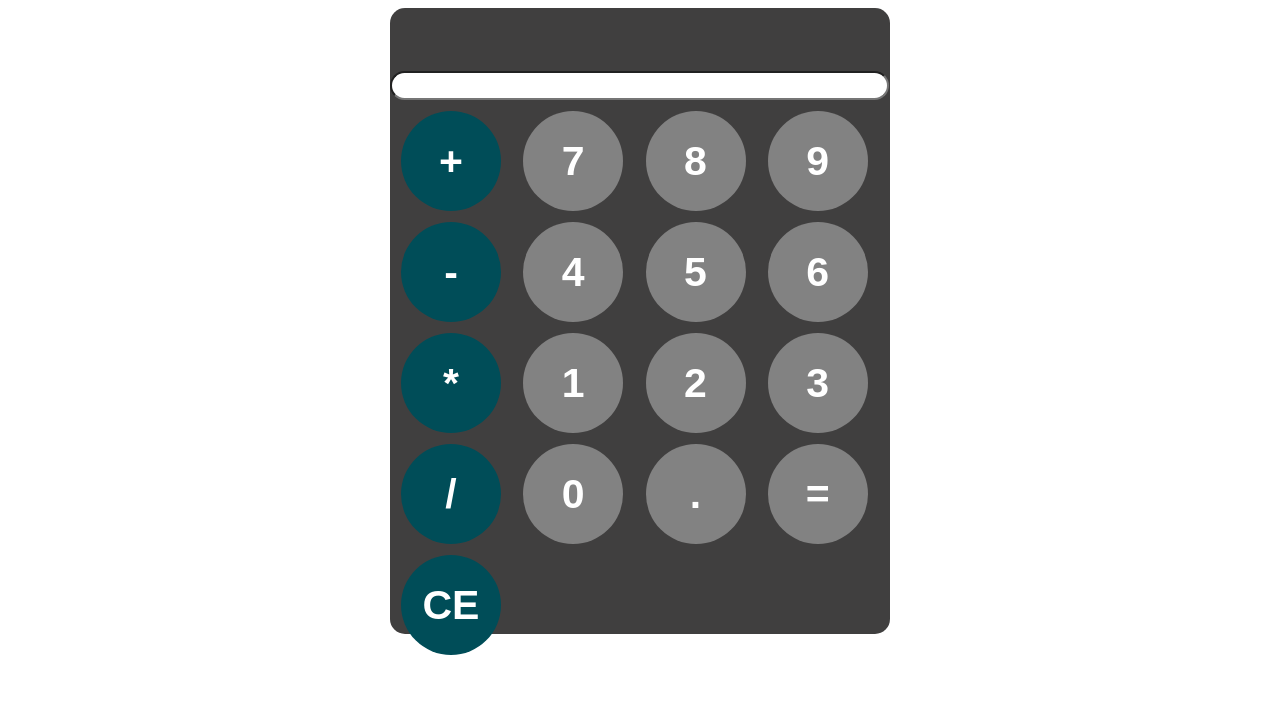
Repository: rkrukshan/JS-Calculator
Page: index.html
These files come from the project's save history. The page is drawn as it stood at one moment and after the next save; the edit follows.
The browser window is 1280 px wide. The pictures show the whole page.

Above is the page before, as saved 2024-09-02 13:56:40.

After the next save:
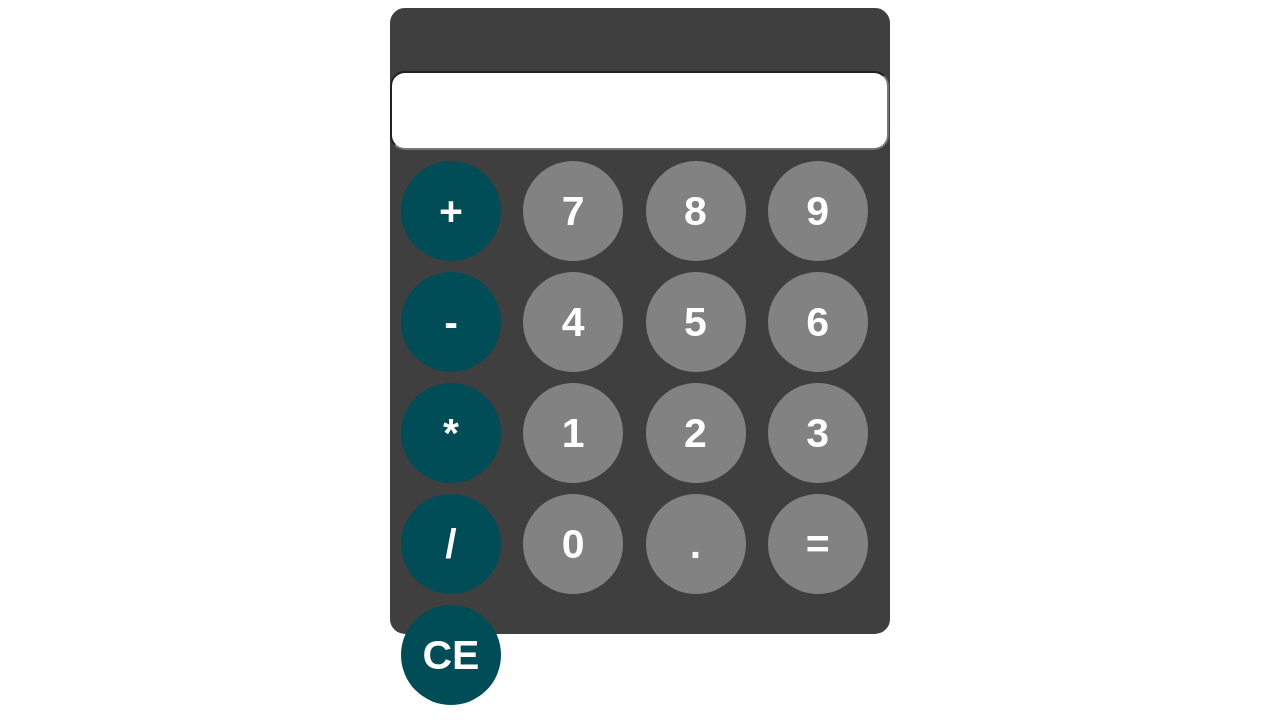
Saved 9 s later.
--- a/style.css
+++ b/style.css
@@ -13,7 +13,7 @@
 }
 #screen {
   width: 97%;
-  height: 5%;
+  height: 15%;
   color: white;
   border-radius: 15px;
   padding: 0 5px;
